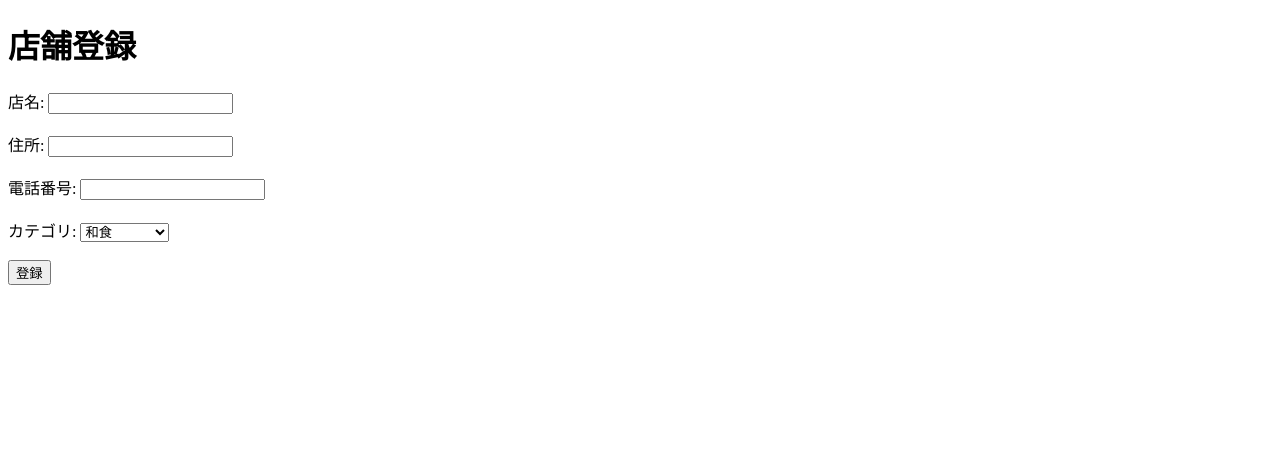
Repository: rukiami/atsumi25
Page: gourmet_7/account/templates/account/register.html
An editor plug-in stored every save of this project. The page is shown before and after the next save, followed by the edit.
The browser window is 1280 px wide. The pictures show the whole page.

Above is the page before, as saved 2024-03-20 15:27:22.

### gourmet_7/account/templates/account/register.html
<!DOCTYPE html>
<html lang="ja">
<head>
    <meta charset="UTF-8">
    <title>店舗登録 - Only my gourmet diary</title>
</head>
<body>
    <h1>店舗登録</h1>
    <form action="/register_store" method="post">
        <label for="store_name">店名:</label>
        <input type="text" id="store_name" name="store_name" required><br><br>

        <label for="address">住所:</label>
        <input type="text" id="address" name="address" required><br><br>

        <label for="phone_number">電話番号:</label>
        <input type="tel" id="phone_number" name="phone_number"><br><br>

        <label for="category">カテゴリ:</label>
        <select id="category" name="category">
            <option value="和食">和食</option>
            <option value="洋食">洋食</option>
            <option value="中華">中華</option>
            <option value="イタリアン">イタリアン</option>
            <option value="韓国">韓国</option>
            <option value="カフェ">カフェ</option>
            <!-- 他のカテゴリーを追加 -->
        </select><br><br>

        <input type="submit" value="登録">
    </form>
</body>
</html>

After the next save:
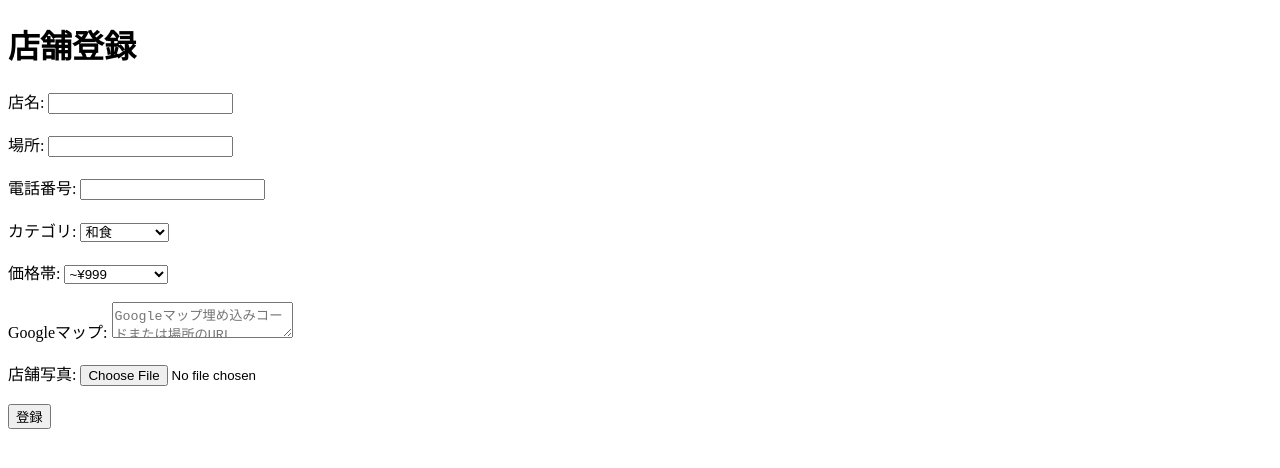
Saved 1 s later.
--- a/gourmet_7/account/templates/account/register.html
+++ b/gourmet_7/account/templates/account/register.html
@@ -10,8 +10,8 @@
         <label for="store_name">店名:</label>
         <input type="text" id="store_name" name="store_name" required><br><br>
 
-        <label for="address">住所:</label>
-        <input type="text" id="address" name="address" required><br><br>
+        <label for="location">場所:</label>
+        <input type="text" id="location" name="location" required><br><br>
 
         <label for="phone_number">電話番号:</label>
         <input type="tel" id="phone_number" name="phone_number"><br><br>
@@ -27,6 +27,21 @@
             <!-- 他のカテゴリーを追加 -->
         </select><br><br>
 
+        <label for="price_range">価格帯:</label>
+        <select id="price_range" name="price_range">
+            <option value="~¥999">~¥999</option>
+            <option value="¥1000~¥1999">¥1000~¥1999</option>
+            <option value="¥2000~¥2999">¥2000~¥2999</option>
+            <option value="¥3000~¥3999">¥3000~¥3999</option>
+            <option value="¥4000以上">¥4000以上</option>
+        </select><br><br>
+
+        <label for="map">Googleマップ:</label>
+        <textarea id="map" name="map" placeholder="Googleマップ埋め込みコードまたは場所のURL"></textarea><br><br>
+
+        <label for="photo">店舗写真:</label>
+        <input type="file" id="photo" name="photo"><br><br>
+
         <input type="submit" value="登録">
     </form>
 </body>
